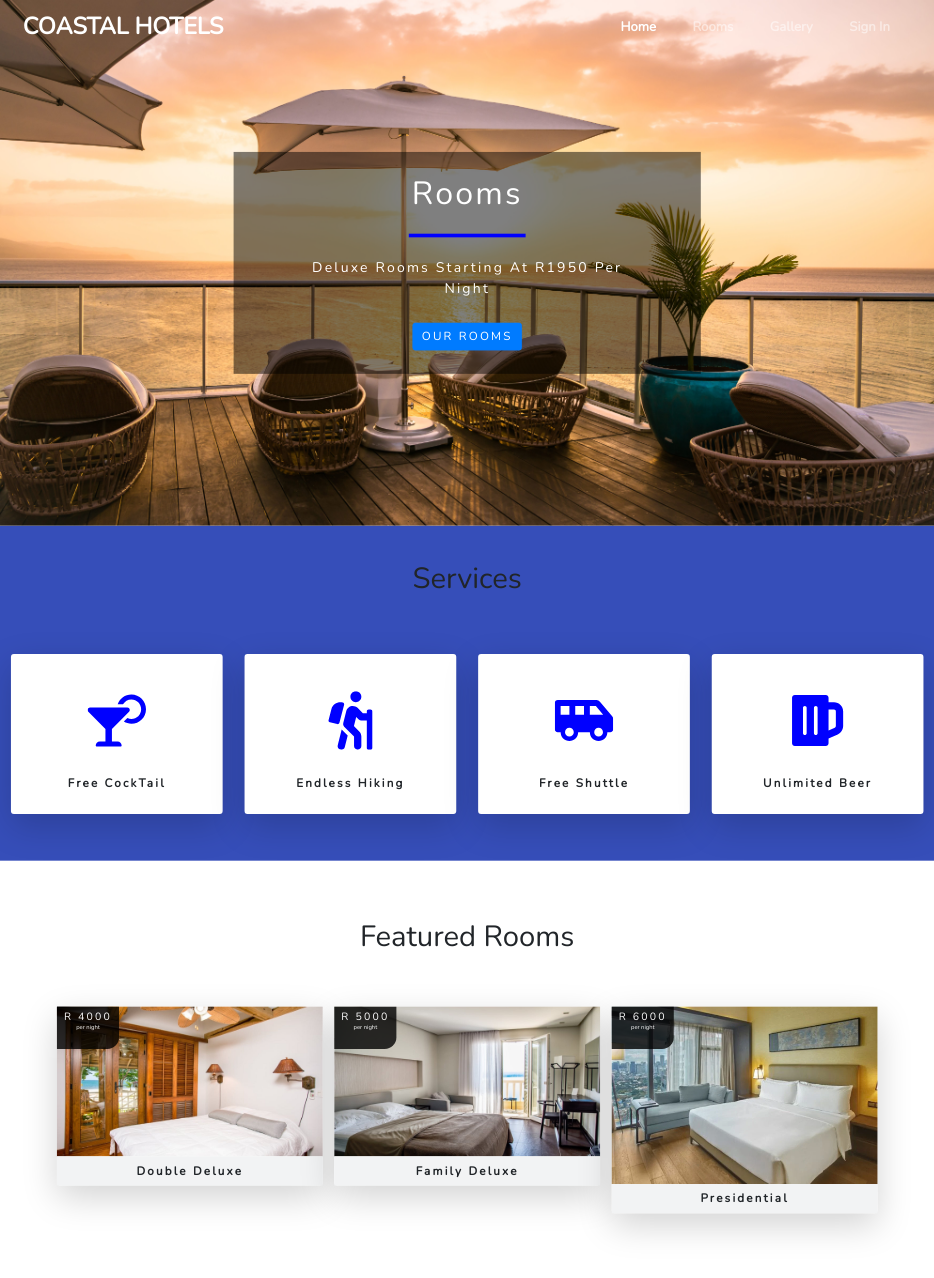
Repository: tebo27cMd/hotel
Page: /
An editor plug-in stored every save of this project. The page is shown before and after the next save, followed by the edit.
The browser window is 1280 px wide. The pictures show the whole page, at 73% of full size.
The project was rebuilt for these pictures with package versions that can differ from the ones it lists, and the page was loaded fresh each time. Also part of the build but not shown: src/components/RoomsFilter.jsx, src/components/RoomsList.jsx, src/components/RoomsContainer.jsx, src/pages/Rooms.jsx, src/components/StyledHero.jsx, src/firebase.js, src/pages/SingleRoom.jsx, src/pages/Error.jsx and 7 more.

Above is the page before, as saved 2022-11-16 13:30:10.

### public/index.html
<!DOCTYPE html>
<html lang="en">
  <head>
    <meta charset="utf-8" />
    <link rel="icon" href="%PUBLIC_URL%/favicon.ico" />
    <meta name="viewport" content="width=device-width, initial-scale=1" />
    <meta name="theme-color" content="#000000" />
    <meta
      name="description"
      content="Web site created using create-react-app"
    />
    <link rel="apple-touch-icon" href="%PUBLIC_URL%/logo192.png" />
    <link rel="manifest" href="%PUBLIC_URL%/manifest.json" />
    <title>Hotel Booking App</title>
    <link href="https://fonts.googleapis.com/css2?family=Nunito&display=swap" rel="stylesheet">
  </head>
  <body>
    <noscript>You need to enable JavaScript to run this app.</noscript>
    <div id="root"></div>
  </body>
</html>

### src/index.js
import React from 'react';
import ReactDOM from 'react-dom';
import App from './App';
import './index.css'
import * as serviceWorker from './serviceWorker';
import {RoomProvider} from './context'


ReactDOM.render(
  <React.StrictMode>
  <RoomProvider>
     <App />
  </RoomProvider>
  </React.StrictMode>,
  document.getElementById('root')
);

serviceWorker.unregister();

### src/App.js
import React from 'react';
import './App.css';
import '../node_modules/bootstrap/dist/css/bootstrap.min.css';
import '../node_modules/bootstrap/dist/js/bootstrap.min.js';
import { BrowserRouter,Route,Switch } from 'react-router-dom';
import Home from './pages/Home';
import Rooms from './pages/Rooms';
import SingleRoom from './pages/SingleRoom';
import Error from './pages/Error';
import Navbar from './components/Navbar';
import About from './pages/About';
// import Footer from './components/Footer';
import Contact from './pages/Contact';
import Booknow from './pages/Booknow';
// import Login from './pages/Login';
// import Register from './pages/Register';
import Payment from './pages/Payments';
import Gallery from './pages/gallery';

function App() {
  return (
    <div className="App">
      <BrowserRouter>
        <Navbar/>
        <Switch>
          {/* <Route exact path="/" component={Login}/> */}
          <Route exact path="/" component={Home} />
          <Route path="/about" component={About} />
          <Route path="/contact" component={Contact} />
          <Route path="/rooms/:id" component={SingleRoom} />
          <Route path="/rooms/" component={Rooms}/>
          <Route path="/booknow/:id" component={Booknow} />
          <Route path='/payments' component={Payment}/>
          <Route path='/gallery' component={Gallery}/>
          {/* <Route path='/login' component={Login}/>
          <Route path='/register' component={Register}/> */}
          <Route component={Error}/>
        </Switch>
        {/* <Footer/> */}
      </BrowserRouter>
    </div>
  );
}

export default App;

### src/App.css
@import url('https://fonts.googleapis.com/css2?family=Nunito&display=swap');
body {
  margin: 0;
  padding: 0;
  font-family: 'Nunito', sans-serif;
}
* {
  margin: 0;
  padding: 0;
  box-sizing: border-box;
}
:root {
  --primaryColor: #0000ff;
  --mainWhite: #fff;
  --offWhite: #f7f7f7;
  --mainBlack: #222;
  --mainGrey: #ececec;
  --darkGrey: #cfcfcf;
  --mainTransition: all 0.3s linear;
  --mainSpacing: 3px;
  --lightShadow: 2px 5px 3px 0px rgba(0, 0, 0, 0.5);
  --darkShadow: 4px 10px 5px 0px rgba(0, 0, 0, 0.5);
}
/* globals */
h1 {
  font-size: 3em;
  line-height: 1;
  margin-bottom: 0.5em;
}
h2 {
  font-size: 2em;
  margin-bottom: 0.75em;
}
h3 {
  font-size: 1.5em;
  line-height: 1;
  margin-bottom: 1em;
}
h4 {
  font-size: 1.2em;
  line-height: 1.25;
  margin-bottom: 1.25em;
}
h5 {
  font-size: 1em;
  font-weight: bold;
  margin-bottom: 1.5em;
}
h6 {
  font-size: 1em;
  font-weight: bold;
  margin-bottom: 1.5em;
}

.btn-primary {
  display: inline-block;
  text-decoration: none;
  letter-spacing: var(--mainSpacing);
  color: var(--mainBlack);
  background: var(--primaryColor);
  padding: 0.4rem 0.9rem;
  border: 3px solid var(--primaryColor);
  transition: var(--mainTransition);
  text-transform: uppercase;
  cursor: pointer;
}
.btn-warning {
  display: inline-block;
  text-decoration: none;
  letter-spacing: var(--mainSpacing);
  color: var(--mainBlack);
  background: var(--primaryColor);
  padding: 0.4rem 0.9rem;
  border: 3px solid var(--primaryColor);
  transition: var(--mainTransition);
  text-transform: uppercase;
  cursor: pointer;
}
.btn-primary:hover{
  text-decoration: none;
  background: transparent!important;
  color: #fff!important;
}
.btn-warning:hover{
  text-decoration: none;
  background: transparent!important;
  color: yellow!important;
}
.loading {
  text-transform: capitalize;
  text-align: center;
  margin-top: 3rem;
}
.roomerror{
  margin-top: 100px;
}
.roomerror:hover .error{
  background-color: #2C3E50;
  color: #ffffff!important;
}
.error {
  text-align: center;
  text-transform: uppercase;
  margin: 2rem 0;
}
.empty-search {
  text-align: center;
  text-transform: capitalize;
  margin: 2rem 0;
  padding: 1rem;
  letter-spacing: var(--mainSpacing);
}

/* end of globals */
/* Navbar */
.nav-link{
  padding: 8px 15px;
  margin-left: 10px;
  margin-right: 20px;
  font-size: 18px;
  text-align: center;
  border: 2px solid transparent;
  transition: .5s linear;
  font-weight: 800;
  -webkit-transition: .5s linear;
  -moz-transition: .5s linear;
  -ms-transition: .5s linear;
  -o-transition: .5s linear;
}
.bg-transparent.scrolled {
  background-color: black!important;
  transition:500ms ease;
}

.navbar-brand{
  font-size: 32px!important;
  color: #ffffff!important;
}
.nav-link:hover{
  color: #ffffff;
  border-bottom: 2px solid #ffffff;
}
.nav-link.active_class{
color: #ffffff;
border: 2px solid #ffffff;
font-weight: 800;
}

.form-control{
border: 2px solid #000;
}
.form-control:focus,
.form-control.active {
  border: 2px solid #000000!important;
}
textarea:focus,
textarea.form-control:focus,
input.form-control:focus,
input[type=text]:focus,
input[type=password]:focus,
input[type=email]:focus,
input[type=number]:focus,
[type=text].form-control:focus,
[type=password].form-control:focus,
[type=email].form-control:focus,
[type=tel].form-control:focus,
[contenteditable].form-control:focus {
box-shadow: inset 0 -1px 0 #ddd;
}


/* end of navbar */
/* Hero */
.defaultHero,
.roomsHero {
  min-height: calc(100vh - 0px);
  background: url("./images/bg1.jpeg") center/cover no-repeat;
  display: flex;
  align-items: center;
  justify-content: center;
  position: relative;
}
.roomsHero {
  background-image: url("./images/room-2.jpg");
  min-height: calc(100vh - 0px);
}
.singleRoom {
  background-image: url("./images/room-3.jpeg");
  min-height: calc(100vh - 0px);
}
.roomsError{
  background-image: url("./images/error.jpg");
  min-height: calc(100vh - 0px);
}
.lost{
  font-size: 44px;
  color: yellow;
  text-align: center;
}
/* End of Hero */
/* Banner */
.banner {
  display: inline-block;
  position: absolute!important;
  background: rgba(0, 0, 0, 0.5)!important;
  color: var(--mainWhite);
  text-align: center;
  text-transform: capitalize;
  letter-spacing: var(--mainSpacing);
  top: 50%;
  left: 50%;
  transform: translate(-50%, -50%);
}
.banner h1 {
  font-size: 44px!important;
}
.banner div {
  width: 10rem;
  height: 5px;
  background: var(--primaryColor);
  margin: 1.7rem auto;
}
.banner p {
  font-size: 1.2rem;
  margin-bottom: 2rem;
}
@media screen and (max-width: 576px) {
  .banner {
    padding: 2rem 3rem!important
  }
  .banner h1 {
    font-size: 32px!important;
  }
}
@media screen and (min-width: 992px) {
  .banner {
    padding: 2rem 6rem;
  }
  .banner h1 {
    font-size: 4rem;
  }
}
/* End of Banner */
/* Title */
.section-title {
  text-align: center;
  margin-bottom: 4rem;
}
.section-title h4 {
  font-size: 2rem;
  letter-spacing: var(--mainSpacing);
  text-transform: capitalize;
  margin-bottom: 1rem;
}
.section-title div {
  width: 5rem;
  height: 5px;
  margin: 0 auto;
  background: var(--primaryColor);
}
/* end of Title */

/* services */
.services {
  padding: 3rem 0;
}
.services {
  background: #364EB9;
  text-align: center;
}

.service span {
  display: inline-block;
  color: var(--primaryColor);
  font-size: 80px;
  margin-bottom: 1.5rem;
  transition: 1s linear;
  -webkit-transition: 1s linear;
  -moz-transition: 1s linear;
  -ms-transition: 1s linear;
  -o-transition: 1s linear;
}
.services span:hover{
  transform: rotate(360deg);
  -webkit-transform: rotate(360deg);
  -moz-transform: rotate(360deg);
  -ms-transform: rotate(360deg);
  -o-transform: rotate(360deg);
}
.services h6 {
  letter-spacing: var(--mainSpacing);
  font-weight: 1000;
  text-transform: capitalize;
}
.services p {
  width: 80%;
  margin: 0 auto;
}
@media screen and (min-width: 992px) {
  .services-center {
    width: 95vw;
    max-width: 1170px;
  }
}

@media screen and (min-width: 1200px) {
  .services p {
    width: 100%;
  }
}
/*end of services */
/* featured rooms */

.featured-rooms {
  padding: 5rem 0;
}

/* end pf featured rooms */
/* room */
.room {
  transition: 0.4s linear;
  -webkit-transition: 0.4s linear;
  -moz-transition: 0.4s linear;
  -ms-transition: 0.4s linear;
  -o-transition: 0.4s linear;
  position: relative;
}
.room:hover {
  box-shadow: 0px 9px 18px rgba(0, 0, 0, 0.5)!important;
}

.price-top {
  position: absolute;
  top: 0;
  left: 0;
  background: rgba(0, 0, 0, 0.8);
  color: var(--mainWhite);
  padding: 0.3rem 0.6rem 0.5rem;
  border-bottom-right-radius: 1rem;
  font-size: 0.5rem;
  text-align: center;
  transition: 0.4s linear;
  -webkit-transition: 0.4s linear;
  -moz-transition: 0.4s linear;
  -ms-transition: 0.4s linear;
  -o-transition: 0.4s linear;
}
.price-top h6 {
  margin-bottom: 0;
  font-size: 0.9rem;
  font-weight: 300;
  letter-spacing: var(--mainSpacing);
}
.room-link {
  position: absolute;
  bottom: 0;
  right: 0;
  opacity: 0;
  transition: all 0.3s linear;
}
.room:hover {
  background: rgba(0, 0, 0, 0.8);
}
.room:hover img {
  opacity: 0.3;
}
.room:hover .price-top {
  opacity: 0;
}
.room:hover .room-link {
  opacity: 1;
  transform: translate(-90%, -200%) scale(1);
  -webkit-transform: translate(-90%, -200%) scale(1);
  -moz-transform: translate(-90%, -200%) scale(1);
  -ms-transform: translate(-90%, -200%) scale(1);
  -o-transform: translate(-90%, -200%) scale(1);
}
.room-info {
  background: #F2F3F4;
  text-transform: capitalize;
  padding: 0.5rem 0;
  text-align: center;
  font-weight: 700;
  letter-spacing: var(--mainSpacing);
  margin-bottom: 0;
}
/* end of room  */
/* single room*/

.single-room {
  padding: 5rem 0 0 0;
}
.single-room-images {
  width: 80vw;
  margin: 0 auto;
  display: grid;
  grid-template-columns: repeat(auto-fit, minmax(350px, 1fr));
  grid-row-gap: 2rem;
  grid-column-gap: 50px;
}
.single-room-images img {
  width: 100%;
  display: block;
}
.single-room-info {
  width: 80vw;
  display: grid;
  grid-template-columns: 1fr;
  margin: 2rem auto;
}
.desc,
.info {
  margin: 1rem 0;
}
.desc h3 {
  text-transform: capitalize;
  letter-spacing: var(--mainSpacing);
}
.desc p {
  line-height: 1.5;
}
.info h3,
.info h6 {
  text-transform: capitalize;
  letter-spacing: var(--mainSpacing);
}

.info h6 {
  font-weight: 300;
}
.room-extras {
  width: 80vw;
  margin: 0 auto 3rem auto;
}
.room-extras h6 {
  text-transform: capitalize;
  letter-spacing: var(--mainSpacing);
}
.extras {
  list-style-type: none;
  display: grid;
  grid-template-columns: repeat(auto-fit, minmax(330px, 1fr));
  grid-column-gap: 2rem;
  grid-row-gap: 1rem;
}
@media screen and (min-width: 992px) {
  .single-room-images,
  .single-room-info,
  .room-extras {
    width: 95vw;
    max-width: 1170px;
  }
  .single-room-info {
    display: grid;
    grid-template-columns: 1fr 1fr;
    grid-column-gap: 2rem;
  }
  .info {
    padding-left: 3rem;
  }
}
/* end of single room*/
/* roomlist */
.roomslist {
  padding: 5rem 0;
}
.roomslist-center {
  width: 80vw;
  margin: 0 auto;
  display: grid;
  grid-template-columns: repeat(auto-fill, minmax(270px, 1fr));
  grid-row-gap: 2rem;
  grid-column-gap: 30px;
}

@media screen and (min-width: 776px) {
  .roomslist-center {
    width: 90vw;
  }
}
@media screen and (min-width: 992px) {
  .roomslist-center {
    width: 95vw;
    max-width: 1170px;
  }
}
/* end of roomlist */
/*  rooms fitler*/
/* .filter-container {
  padding: 5rem 0;
}

.form-group {
  text-transform: capitalize;
}
.form-group label {
  display: block;
  letter-spacing: var(--mainSpacing);
  margin-bottom: 0.5rem;
} */

.single-extra label {
  display: inline-block;
  font-size: 0.8rem;
  margin-left: 0.5rem;
}

/* end of rooms fitler*/

/* aboutus */

.aboutus,.contact{
  margin-top: 100px!important;
}
.about_company,.team{
  padding: 60px 30px;
}
.about_info{
  letter-spacing: 40;
}
.carousel-inner{
  min-height: 400px!important;
  max-height: 400px!important;
}
.connect{
  font-size: 44px!important;
  padding: 5px 8px;
}
/*  */
.container-log{
  display: flex;
  width: 100vw;
  height: 100vh;
  background:url(./images/back.jpg);
  background-size: cover;
justify-content: center;
}


.details{
  padding-top: 200px;
  content:center ;
  /* place-content: ; */
}

.put{
  width:50px;
  font-size: 20px;
  margin-top:10px;
  padding-right: 30px;
}

.put label{
 width: 500px;
 /* height: 100px; */
 font-size: 0.9em;
}

#det{
  width: 300px;
  height: 30px;
  border-radius: 10px;
  border: 1px solid rgb(110, 9, 177);
}

.btn-login{
  display: flex;
  font-size: 19px;
  border-radius:9px;
  color:white;
  background: rgb(255, 98, 0);
  box-shadow:  black 0px 15px 12px;
  outline: none;
  cursor: pointer;
  margin-top: 20px;
  width: 60px;


}
.acc{
  display: flex;
  flex-direction: row;
}

.acc span{
  padding-top:15px;
}
.btnl{
  display: flex;
  justify-content: center;
}


.containerreg{

  padding-top: 200px;
  display: grid;
  background:url(./images/back.jpg);
  background-size: cover;
}

.input{
  width:300px;
  margin-bottom:5px ;
}
#input{
  height: 40px;
  width: 350px;
  border-radius:10px;
  border: 1px solid rgb(110, 9, 177);
}

.input label{
  font-size: 1.1em;
}

.Register{
  background-size: cover;
  display: flex;
  flex-direction: column;
  align-items: center;
  width: 400px;
  margin:auto;
}

.btn-reg{
  display: flex;
  font-size: 20px;
  border-radius:25px;
  color:white;
  background: blue;
  box-shadow:  black 0px 15px 12px;
  outline: none;
  cursor: pointer;
  transition: all 0.1s;


}

### src/pages/Home.jsx
import React from 'react'
import Hero from '../components/Hero';
import Banner from '../components/Banner';
import { Link } from 'react-router-dom';
import Services from '../components/Services';
import FeaturedRooms from '../components/FeaturedRooms';

export default function Home() {
    return (
        <>
        <Hero hero="defaultHero">
        </Hero>
        <Banner title="Rooms" subtitle="deluxe rooms starting at R1950 per night">
                <Link to="/rooms" className="btn btn-primary">
                      Our Rooms
                </Link>
        </Banner>
        <Services/>
        <FeaturedRooms/>
        </>

    )
}

### src/components/Navbar.jsx
import React from 'react';
import {NavLink} from 'react-router-dom';
import { FaAlignRight } from 'react-icons/fa';
import jquery from 'jquery';

// for changing navbar  color
jquery(window).scroll(function() {
jquery('nav').toggleClass('scrolled', jquery(this).scrollTop() > 0);
})

const Navbar = () => {
    return (
    <>
        <nav className="navbar navbar-expand-sm navbar-dark bg-transparent py-2 fixed-top">
            <div className="container-fluid ">
                <span className="navbar-brand font-weight-bolder">COASTAL HOTELS</span>
                <a href="void(0)" className="navbar-toggler border-0" data-toggle="collapse" data-target="#navbarSupportedContent" aria-controls="navbarSupportedContent" aria-expanded="false" aria-label="Toggle navigation">
                    <span>
                        <FaAlignRight className="nav-icon" /></span>
                </a>
                <div className="collapse navbar-collapse" id="navbarSupportedContent">
                    <ul className="navbar-nav ml-auto">
                        <li className="nav-item">
                            <NavLink className="nav-link"   to="/">Home</NavLink>
                        </li>
                        <li className="nav-item">
                            <NavLink className="nav-link"   to="/rooms">Rooms</NavLink>
                        </li>
                        <li className="nav-item">
                            <NavLink className="nav-link"   to="/Gallery">Gallery</NavLink>
                        </li>
                        <li className="nav-item">
                            <NavLink className="nav-link"   to="/login">Sign In</NavLink>
                        </li>
                    </ul>
                </div>
            </div>
        </nav>
    </>
    );
}
export default Navbar;

### src/components/Hero.jsx
import React from 'react'

export default function Hero({childern, hero}) {
    return <header className={hero}>{childern}</header>;

}

Hero.defaulProps ={
    hero:"defaultHero"
};

### src/components/Banner.jsx
import React from 'react'

export default function Banner({ children , title , subtitle  }) {
    return (
        <div className="banner">
            <h1>{title}</h1>
            <div/>
            <p>{subtitle}</p>
             {children}
        </div>
    )
}

### src/components/Services.jsx
import React, { Component } from 'react'
import Title from './Title'
import {FaCocktail, FaHiking , FaShuttleVan,FaBeer} from 'react-icons/fa'

export default class Services extends Component {
    state={
        services:[
            {
                icon:<FaCocktail/>,
                title: "Free CockTail",

            },
            {
                icon:<FaHiking/>,
                title: "Endless Hiking",

            },
            {
                icon:<FaShuttleVan/>,
                title: "Free Shuttle",

            },
            {
                icon:<FaBeer/>,
                title: "Unlimited Beer",

            },

        ]
    }
    render() {
        return (
            <div className="container-fluid services">
             <Title title="Services" />
                <div className="row">
                   {this.state.services.map((item, index) => {
                      return(
                        <div className="col-md-4 col-lg-3 col-12 mx-auto my-3" key={index}>
                            <div className="card shadow-lg border-0 p-4">
                                <article className="service">
                                <span>{item.icon}</span>
                                <h6>{item.title}</h6>
                                <p>{item.info}</p>
                                </article>
                           </div>
                        </div>
                      )
                   })}
                </div>
            </div>
        )
    }
}

### src/components/FeaturedRooms.jsx
import React, { Component } from 'react'
import { RoomContext } from '../context'
import Loading from './Loading';
import Room from './Room';
import Title from './Title';

export default class FeaturedRooms  extends Component {
    static contextType = RoomContext;
    render() {
        let { loading, featuredRooms : rooms } = this.context;
        console.log(rooms);
        rooms = rooms.map(room => {
            return <Room key={room.id} room={room}/>
        });
        return (

            <section className="featured-rooms container">
                <Title  title="Featured Rooms" />
                <div className="row">
                  {loading ? <Loading/> : rooms}
                </div>
            </section>
        )
    }
}

### src/components/Title.jsx
import React from 'react'

export default function Title({title}) {
    return (
        <div className="section-title">
            <h1>{title}</h1>
            {/* <div/> */}
        </div>
    )
}

### src/components/Loading.js
import React from 'react'
import loadingGif from '../images/gif/loading-arrow.gif';
export default function Loading() {
    return (
        <div className="loading">
           <h4>Rooms data loading...</h4>
           <img  src={loadingGif} alt="loading please wait"/>
        </div>
    )
}

### src/components/Room.jsx
import React from 'react';
import {Link} from 'react-router-dom';
import defaultImg from '../images/room-1.jpeg';
import PropTypes from 'prop-types';

export default function Room({room}) {
    const { name , id, images, price } = room;
    return (
        <div className="col-md-4 col-12 mx-auto p-2">
            <div className="card shadow-lg border-0 room">
                <img src={images[0] || defaultImg} alt="single room" className="img-fluid"/>
                <div className="price-top">
                    <h6>R {price}</h6>
                    <p>per night</p>
                </div>
                <Link to={`/rooms/${id}`} className="btn-warning room-link text-center" >Features</Link>
              <p className="room-info">{name}</p>
            </div>
        </div>
    )
}

Room.propTypes = {
    room: PropTypes.shape({
        name:PropTypes.string.isRequired,
        id:PropTypes.string.isRequired,
        images:PropTypes.arrayOf(PropTypes.string).isRequired,
        price:PropTypes.number.isRequired,
    })
}

Loaded but not shown: src/index.css (common file); src/serviceWorker.js (common file); src/data.js (760 lines, source omitted); src/context.js (116 lines, source omitted)

After the next save:
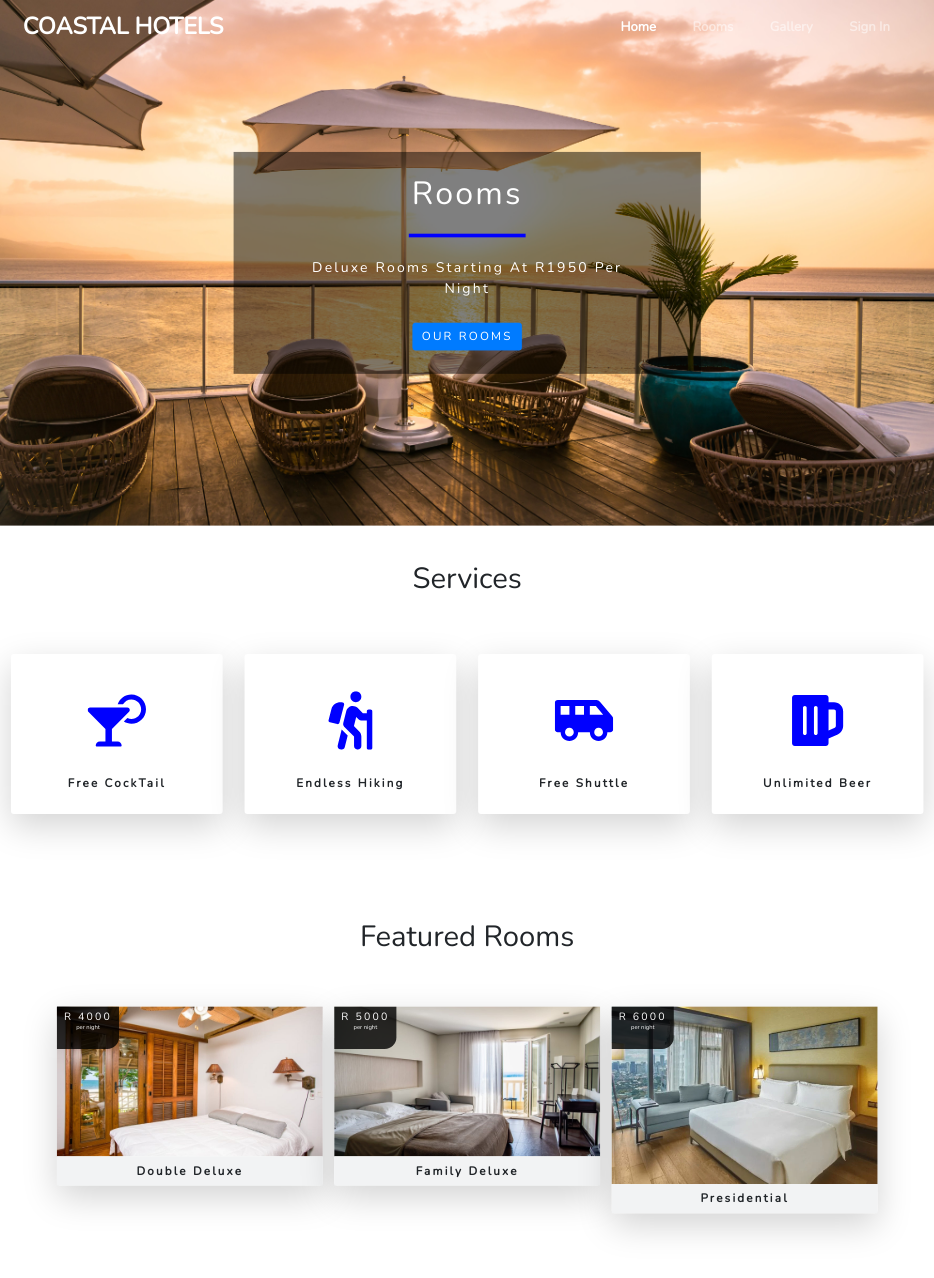
Saved 16 s later.
--- a/src/App.css
+++ b/src/App.css
@@ -265,7 +265,7 @@ box-shadow: inset 0 -1px 0 #ddd;
   padding: 3rem 0;
 }
 .services {
-  background: #364EB9;
+  background: #;
   text-align: center;
 }
 
